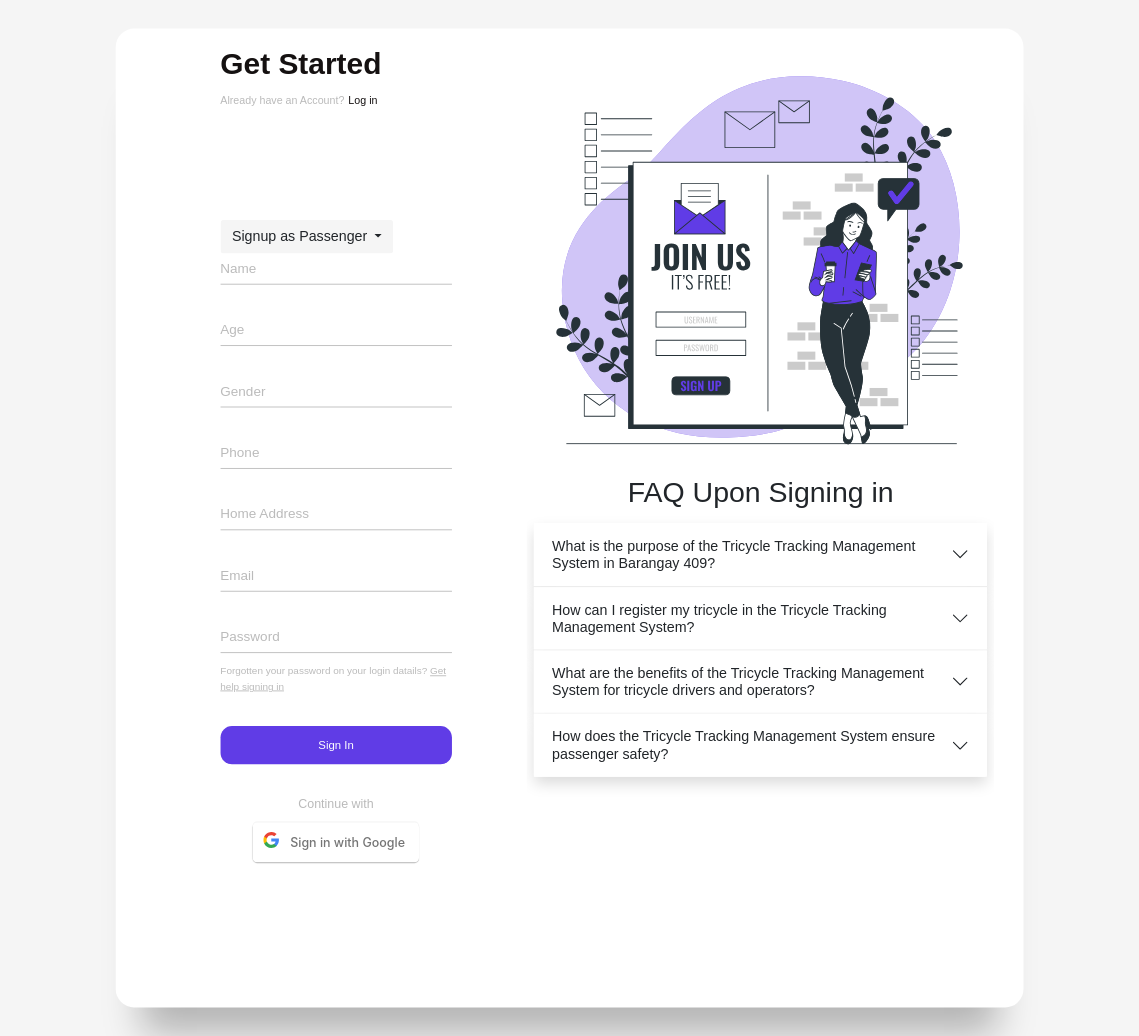
Repository: adrcstro/plate-to-place
Page: http://localhost/Loginsystem/Passenger.php
These files come from the project's save history. The page is drawn as it stood at one moment and after the next save; the edit follows.
The browser window is 1280 px wide. The pictures show the whole page, at 89% of full size.
Some web fonts or font styles are not loaded; a fallback is used. Some web libraries are served in a nearby version. The page is run by PHP 8.4 with error messages shown; the project is at /var/www/html/.

Above is the page before, as saved 2023-10-31 15:40:13.

After the next save:
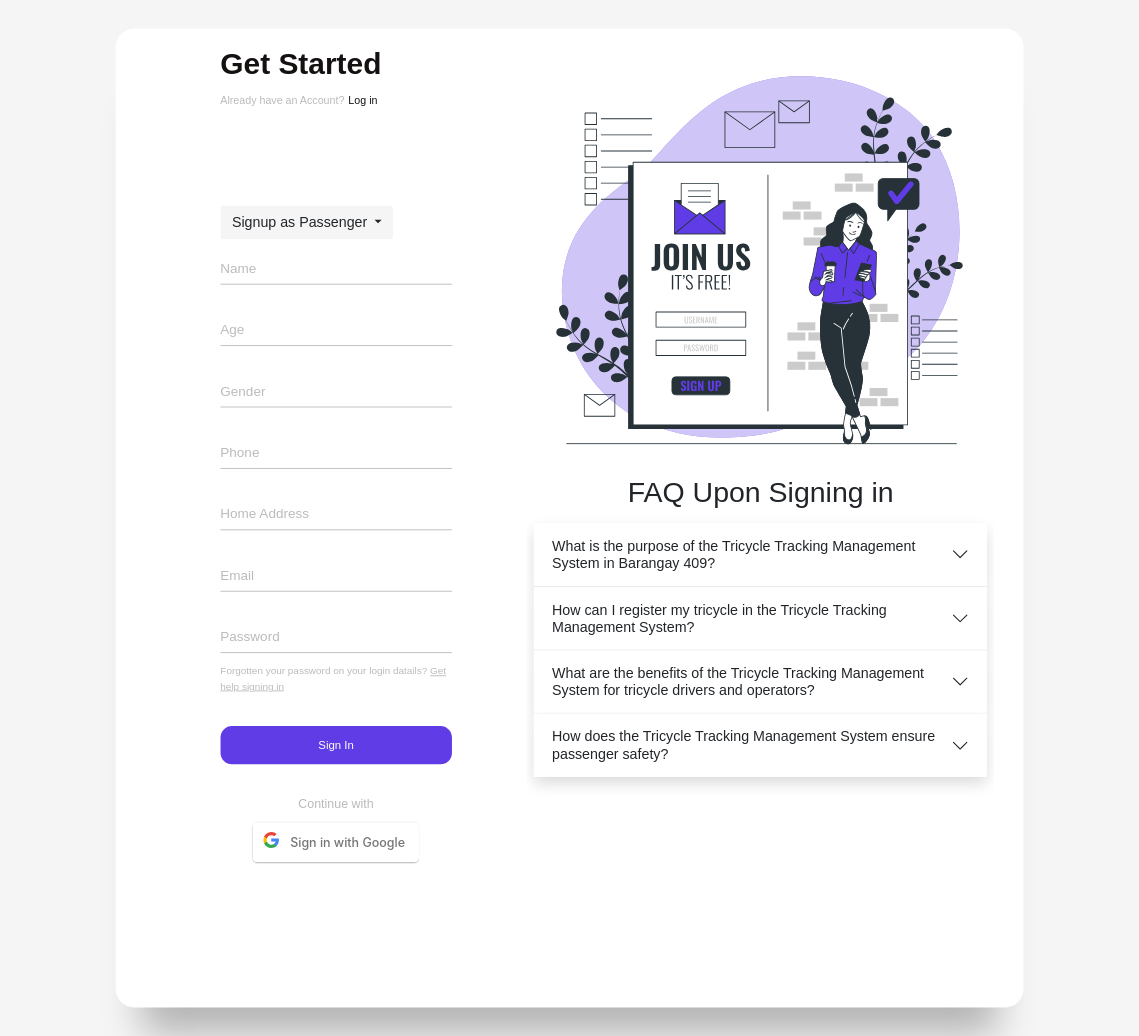
Saved 19 s later.
--- a/Loginsystem/passenger.css
+++ b/Loginsystem/passenger.css
@@ -371,7 +371,7 @@ margin-top: -4rem;
 }
 .dropdown{
   position: relative; /* or any other position value that suits your layout */
-  top: 4rem;
+  top: 3rem;
 }
 .actual-form{
   margin-top: -6rem;
